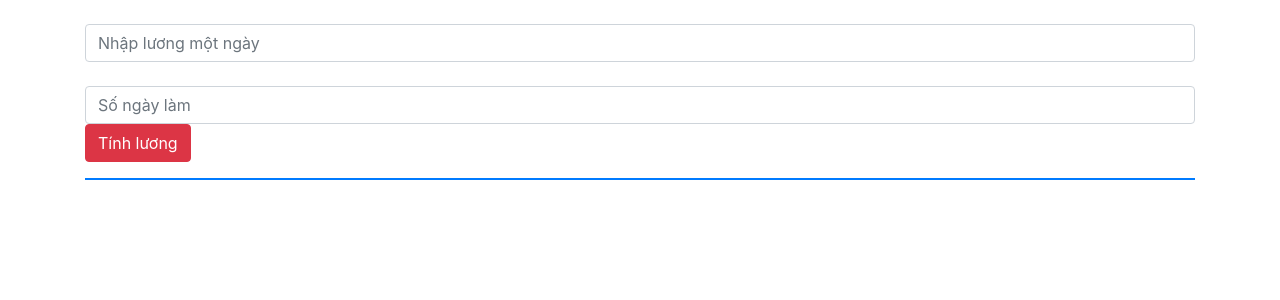
Repository: thanhfrankie/BC10-LeMinhThanh-Js-b2-3
Page: index.html
An editor plug-in stored every save of this project. The page is shown before and after the next save, followed by the edit.
The browser window is 1280 px wide. The pictures show the whole page.

Above is the page before, as saved 2023-12-15 15:17:55.

After the next save:
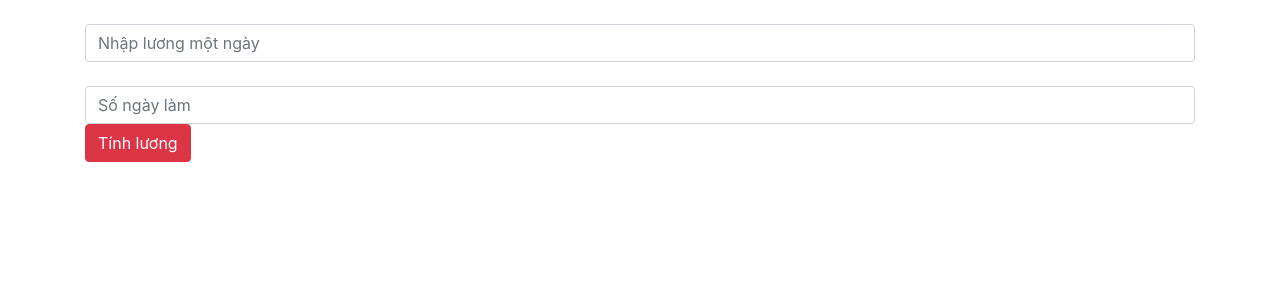
Saved 55 s later.
--- a/index.html
+++ b/index.html
@@ -45,7 +45,7 @@
           Tính lương
         </button>
       </div>
-      <h2 id="luong-nhan-duoc" class="border border-primary"></h2>
+      <h2 id="luong-nhan-duoc" class="border-0 border-primary"></h2>
     </div>
 
     <!-- Optional JavaScript -->

After the save that followed:
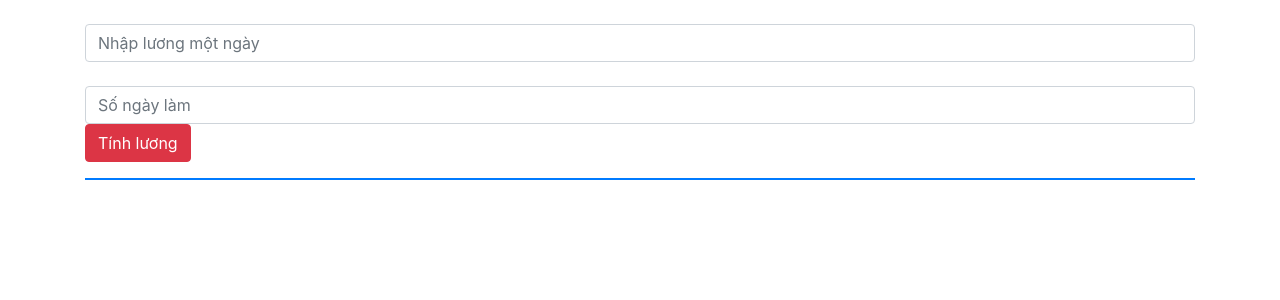
Saved 14 s later.
--- a/index.html
+++ b/index.html
@@ -45,7 +45,7 @@
           Tính lương
         </button>
       </div>
-      <h2 id="luong-nhan-duoc" class="border-0 border-primary"></h2>
+      <h2 id="luong-nhan-duoc" class="border border-primary"></h2>
     </div>
 
     <!-- Optional JavaScript -->
